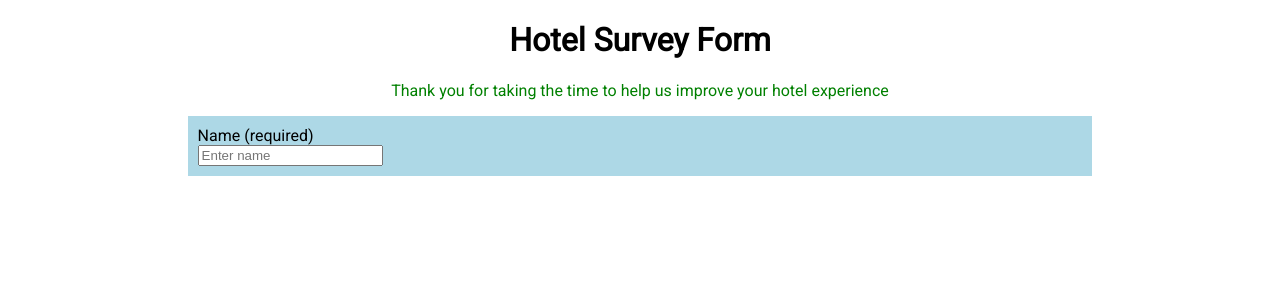
Repository: derektypist/survey-form
Page: index.html
The author's editor kept a record of every edit. The page is drawn from the files as they stood at one moment, then again after the next edit.
The browser window is 1280 px wide. The pictures show the whole page.

Above is the page before.

### index.html
<!DOCTYPE html>
<html lang="en">
<head>
    <meta charset="UTF-8">
    <meta name="viewport" content="width=device-width, initial-scale=1.0">
    <meta http-equiv="X-UA-Compatible" content="ie=edge">
    <title>Hotel Survey Form</title>
    <!-- Load Style Sheets -->
    <link href="https://fonts.googleapis.com/css?family=Roboto&display=swap" rel="stylesheet">
    <style>
        /* Title */
        #title {
            font-family: "Roboto", Arial, Verdana, sans-serif;
            text-align: center;
        }

        /* Description */
        #description {
            font-family: "Roboto", Arial, Verdana, sans-serif;
            text-align: center;
            color: green;
        }

        /* Survey Form */
        #survey-form {
            display: block;
            margin: auto;
            max-width: 70%;
            background-color: lightblue;
            font-family: "Roboto", Arial, Verdana, sans-serif;
            text-align: left;
            padding: 10px;
        }
    </style>
</head>
<body>
    <!-- Provide Title and Description -->
    <header>
        <h1 id="title">Hotel Survey Form</h1>
        <p id="description">Thank you for taking the time to help us improve your hotel experience</p>
    </header>

    <!-- Provide Survey Form -->
    <main>
        <section>
            <form id="survey-form">
                <label for="name-label" id="name-label">Name (required)</label>
                <br>
                <input type="text" id="name" placeholder="Enter name" name="name" required></input>
                <br>

            </form>
        </section>
    </main>
</body>
</html>

After the next edit:
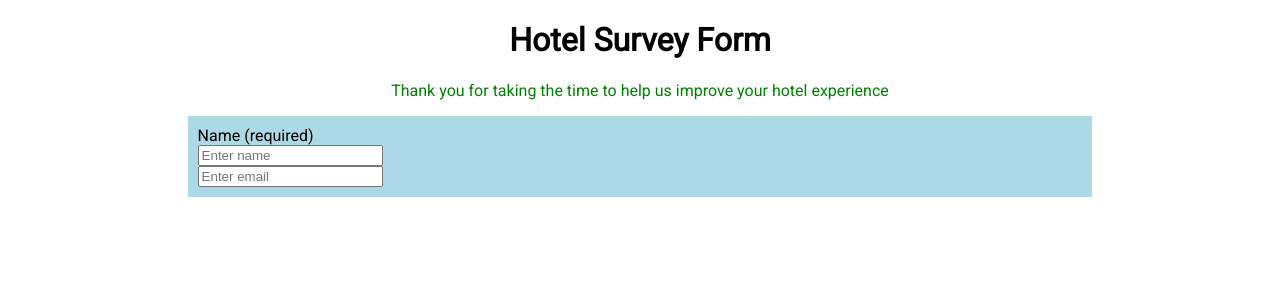
The edit:
--- a/index.html
+++ b/index.html
@@ -48,7 +48,7 @@
                 <br>
                 <input type="text" id="name" placeholder="Enter name" name="name" required></input>
                 <br>
-
+                <input type="email" id="email" placeholder="Enter email" name="email" required>
             </form>
         </section>
     </main>

After the 4 edits that followed:
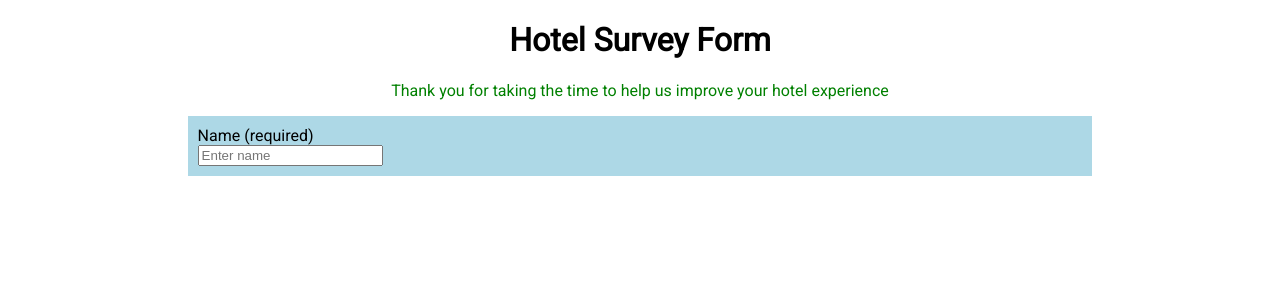
The 4 edits are shown as one change because 3 left the picture as it was.
The edit:
--- a/index.html
+++ b/index.html
@@ -44,11 +44,15 @@
     <main>
         <section>
             <form id="survey-form">
+                <!-- Set up Name Field -->
                 <label for="name-label" id="name-label">Name (required)</label>
                 <br>
-                <input type="text" id="name" placeholder="Enter name" name="name" required></input>
+                <input type="text" id="name" placeholder="Enter name" name="name" required />
                 <br>
-                <input type="email" id="email" placeholder="Enter email" name="email" required>
+
+                <!-- Set up Email Field -->
+                <label for="email"
+                <input type="email" id="email" placeholder="Enter email" name="email" required />
             </form>
         </section>
     </main>
